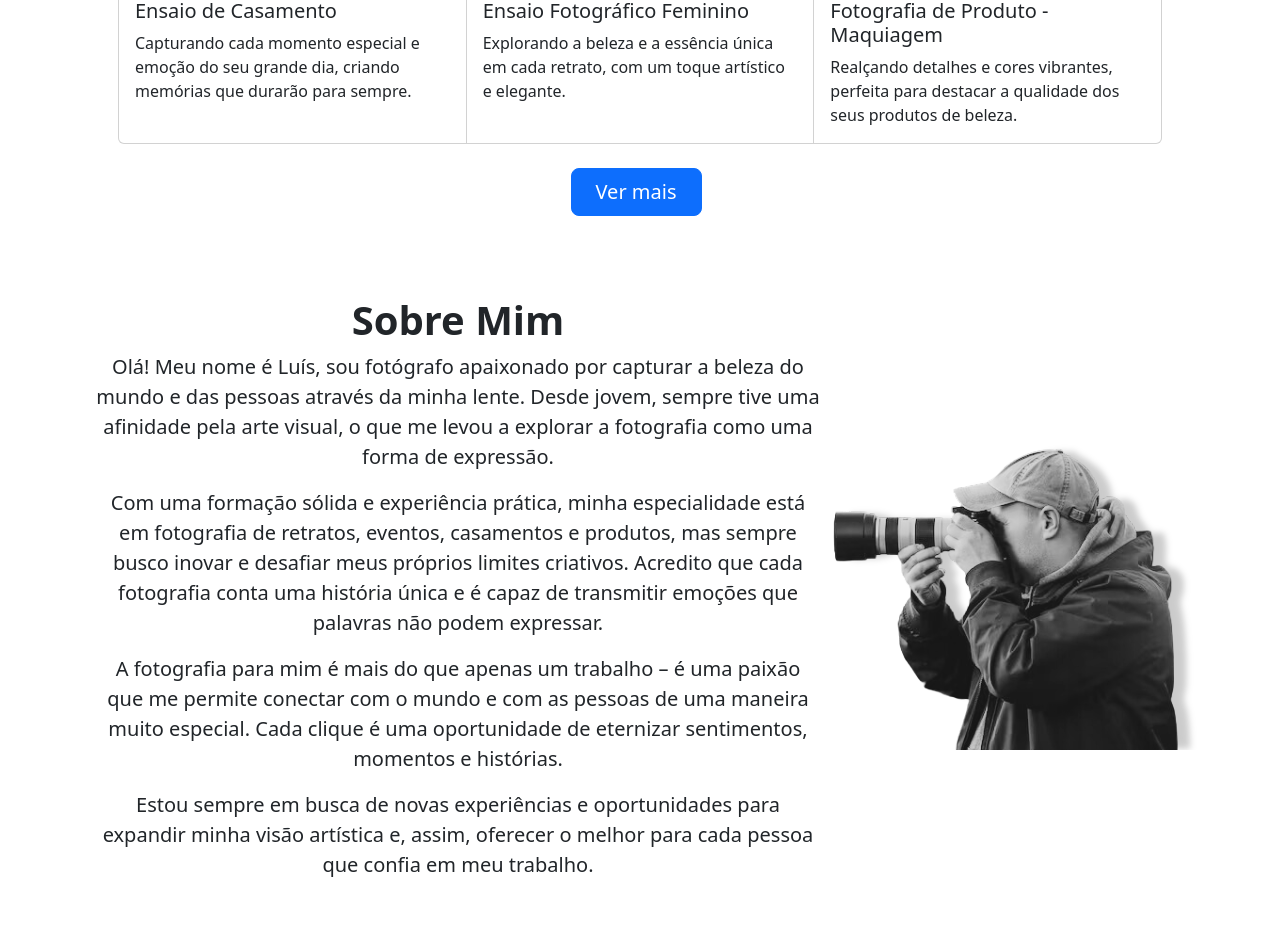
Repository: Marinalr-25/portifolio-fotografia
Page: index.html
The author's editor kept a copy of each file at every save. The page is drawn from the files as they stood at one save, then again after the next save.
The browser window is 1280 px wide. The pictures show the part of the page from y = 911 to 1863 px (the page is 1863 px tall).
A picture or video elsewhere on the page could not be fetched, so the positions and the page height are approximate.

Above is the page before, as saved 2025-01-19 18:00:41.

After the next save:
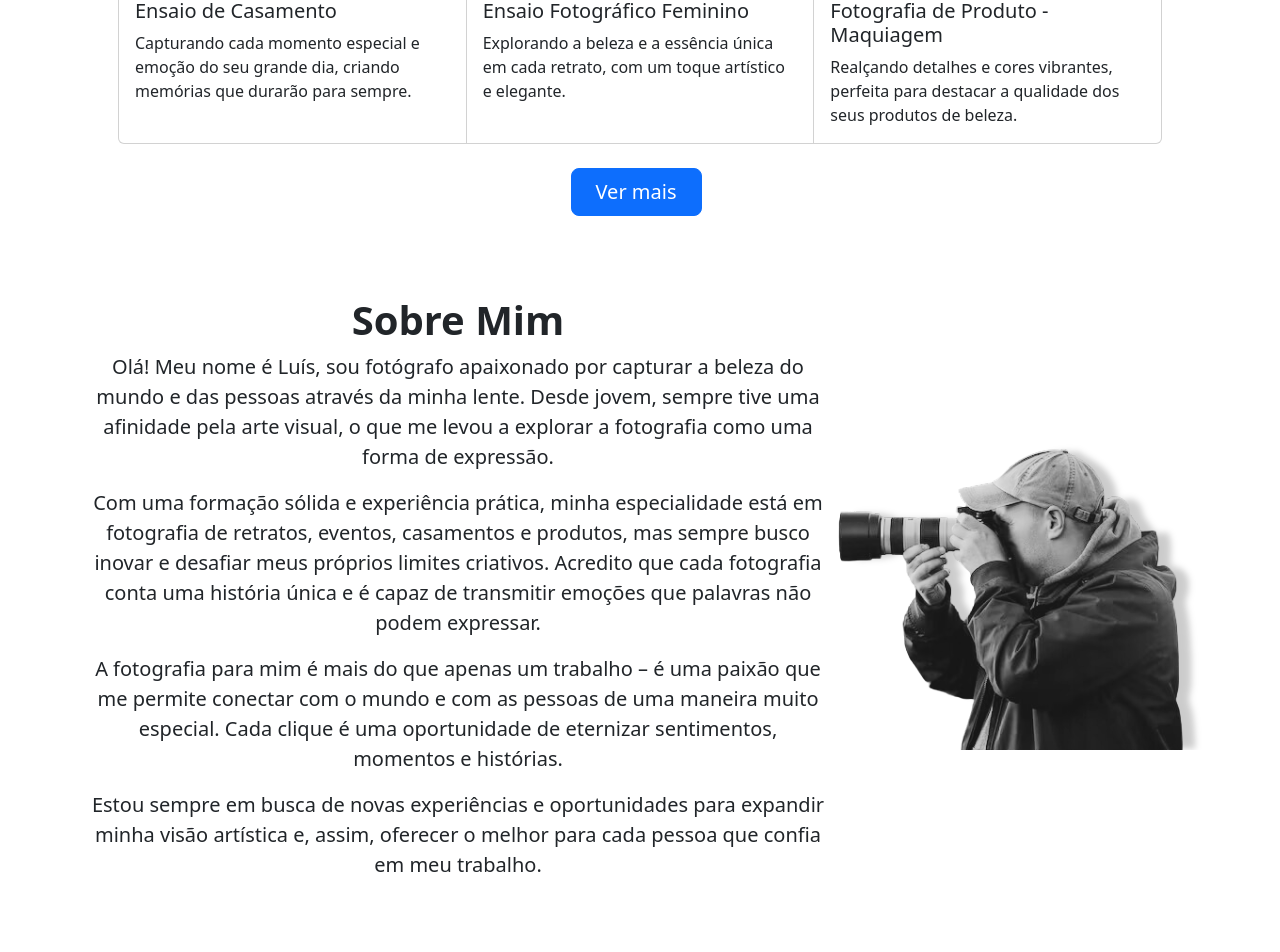
Saved 14 s later.
--- a/index.html
+++ b/index.html
@@ -148,8 +148,8 @@
 
     <!-- Sobre mim -->
     <div id="sobre" class="container py-5">
-      <div class="row justify-content-center align-items-center p-2">
-        <div class="col-lg-8 text-center">
+      <div class="row justify-content-center align-items-center">
+        <div class="col-lg-8 text-center p-2">
           <h1 class="fw-bold">Sobre Mim</h1>
           <p class="lead">
             Olá! Meu nome é Luís, sou fotógrafo apaixonado por capturar a beleza
